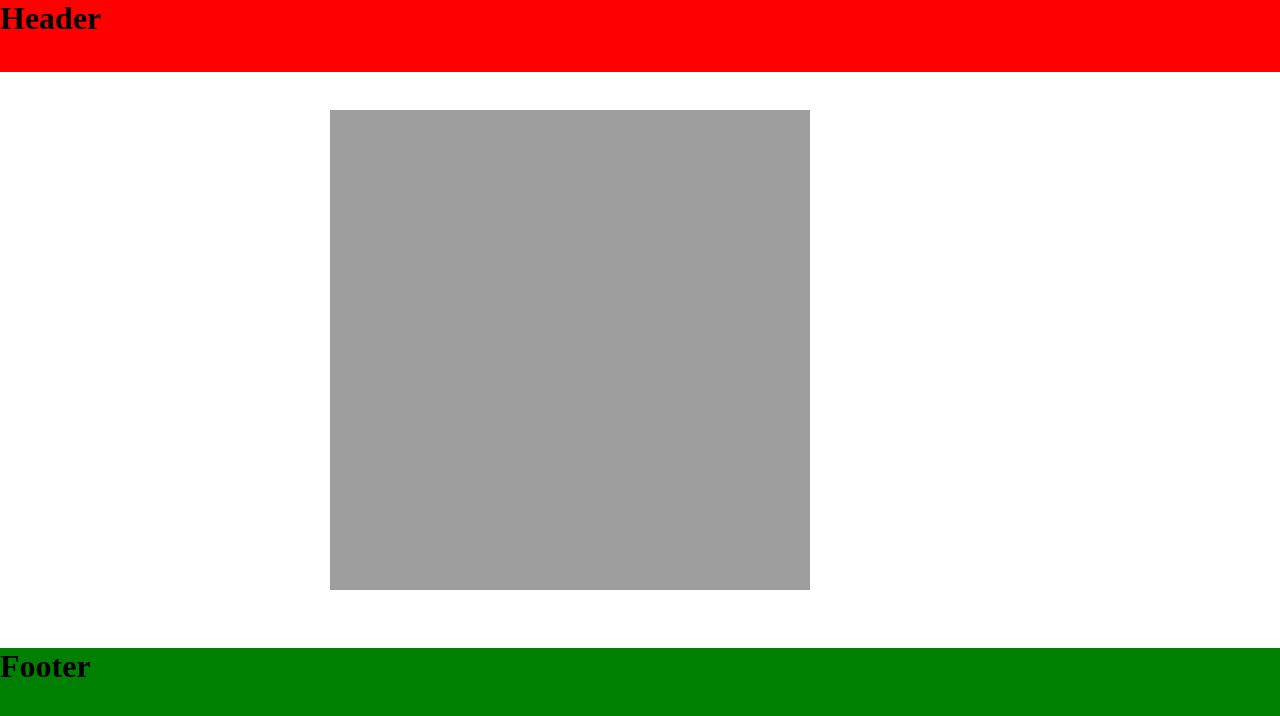
Repository: jameswilky/chess
Page: index.html
An editor plug-in stored every save of this project. The page is shown before and after the next save, followed by the edit.
The browser window is 1280 px wide. The pictures show the whole page.

Above is the page before, as saved 2018-11-22 08:32:54.

### index.html
<!DOCTYPE html>
<html>

<head>
    <meta charset="utf-8" />
    <title>Chess</title>
    <link href="style.css" rel="stylesheet">
</head>

<body>

    <div class="wrapper">
        <header>
            <h1>Header</h1>

        </header>
    </div>
    <div class="main">
        <div class="game">
            <canvas id="board"></canvas>
            <canvas id="markers"></canvas>
            <canvas id="chessmen_layer"></canvas>
        </div>
    </div>
    <footer>
        <h1>Footer</h1>
    </footer>
    </div>





</body>

<script src="board.js"></script>
<script src="chessmen.js"></script>
<script src="mouse.js"></script>
<script src="game.js"></script>

</html>

### style.css
* {
  padding: 0;
  margin: 0;
}

.main{
 position: absolute;
 top: 100px;
 bottom: 100px;
 left: 25%;
 margin: 10px;
}

.game{
  position: absolute;
  height: 480px;
  width: 480px;
}

#board {
  left : 0; z-index:0; position: absolute;
}

#markers {
  left : 0; z-index:0; position: absolute;
}

#chessmen_layer {
 left : 0; z-index:1; position: absolute;
}

header{
  position: absolute;
  background-color: red;
  top:0;
  right: 0;
  left: 0;
  height: 10%;
}

footer{
  position: absolute;
  z-index: 3;
  right: 0;
  left: 0;
  background-color: green;
  height: 10%;
  bottom: 0;
}

### board.js
//Define globals
const WIDTH = 480;
const HEIGHT = 480;
const N = 8;
const TILE_SIZE = HEIGHT / N; // 60

//Define board canvas
const board = document.getElementById("board");
const board_ctx = board.getContext("2d");
board.height = HEIGHT;
board.width = WIDTH;
let primary_color = "#a87e2b";
let secondary_color = "#ffdf9e";

//Define marker layer
const markers = document.getElementById("markers");
const markers_ctx = markers.getContext("2d");
markers.height = HEIGHT;
markers.width = WIDTH;

//Define chessmen layer
const chessmen_layer = document.getElementById("chessmen_layer");
const chessmen_ctx = chessmen_layer.getContext("2d");
chessmen_layer.height = HEIGHT;
chessmen_layer.width = WIDTH;

//Used for drawing
function drawRect(ctx, x, y, color) {
  ctx.beginPath();
  ctx.rect(x, y, TILE_SIZE, TILE_SIZE);
  ctx.fillStyle = color;
  ctx.fill();
  ctx.closePath();
}

function initialize_board() {
  // Initialize graphical and logical board
  let i, j, x, y = 0;
  let prev_color;
  for (i = 0; i < N; i++) {
    y = TILE_SIZE * i;
    if (i % 2 == 0) { //If even, start with a black grid
      prev_color = secondary_color;
    }
    else { //If odd, start with a #ffcf7c grid
      prev_color = primary_color;
    }
    for (j = 0; j < N; j++) {
      x = TILE_SIZE * j;

      if (prev_color == primary_color) { //If last block black, make this block #ffcf7c
        prev_color = secondary_color;
      }
      else if (prev_color == secondary_color) { //If last block #ffcf7c, make this block black
        prev_color = primary_color;
      }
      drawRect(board_ctx, x, y, prev_color);

    }
  }
}

### chessmen.js
let chessmen = []; // Hold living chest piece objects

// Populate list of current chess pieces
function init_chessmen(items) {
  for (let id = 0; id < items.length; id++) {
    chessmen[id] = new Chessman(id, items[id].type, items[id].row, items[id].col, items[id].faction);
    chessmen[id].render(chessmen_ctx);
  }
}

//Chest piece constructor
function Chessman(id, type, row, col, faction) {
  this.name = type + "_" + faction + "_" + id;
  this.id = id;
  this.type = type;
  this.position = {
    logical: { col: col, row: row },
    graphical: { //calculate position of chest piece
      x: (col * TILE_SIZE), y: (row * TILE_SIZE)
    }
  }
  this.faction = faction;
  this.sprite = "/images/" + type + "_" + faction + ".png";
  this.options = []; // holds objects containing possible locations to move
  this.render = function () {
    //Draws the chest piece
    let img = new Image();
    let x = this.position.graphical.x;
    let y = this.position.graphical.y;
    console.log(x, y)

    img.onload = function () {
      //Loads when img.src is called
      chessmen_ctx.beginPath();
      chessmen_ctx.drawImage(img, x, y);
      chessmen_ctx.closePath();
    }
    img.src = this.sprite;
  }
  this.derender = function () {
    chessmen_ctx.beginPath();
    chessmen_ctx.clearRect(this.position.graphical.x, this.position.graphical.y, TILE_SIZE, TILE_SIZE);
    chessmen_ctx.closePath();
  }
  this.calculate_movement_options = function () {
    //This function is used to determine the coordinates of each possible move for a selected tile
    this.options = []; //clear last options
    let j = 0;
    let i = 0; //used to iterate through list of options
    //console.log(type, faction, row, col)
    let r = this.position.logical.row;
    let c = this.position.logical.col;

    let options = this.options;

    function check_tile(row, col, diag, isPawn) {
      //diag is an optional variable for pawn sideways movement logic
      diag = diag || false;
      isPawn = isPawn || false;

      //Checks the status of the board to see if the chessman can move to selected tile

      let option = {}; //edited, used to hold {faction:faction}
      //Check tile does not exceed bounds of the board
      if (row > 7 || row < 0 || col > 7 || col < 0) {
        return false;
      }

      //Check if target tile contains a chessman of same faction
      let isFriendly = false;
      let isEnemy = false;

      chessmen.forEach(chessman => {
        if (chessman.position.logical.row == row && chessman.position.logical.col == col) { //Check if position is occupied
          if (chessman.faction == faction) {
            isFriendly = true;
          }
          else { //tile is occupied by enemy
            isEnemy = true;
          }
          option.contains = chessman;
        }
      })

      //pawn logic
      if (diag && isEnemy) {
        option.row = row;
        option.col = col;
        options[i] = option;
        i++;
      }
      if (diag && !isEnemy) {
        return
      }

      //if tile does not contain friendly chessmen, or if its an enemy create new option
      if (!isFriendly || isEnemy) {
        option.row = row;
        option.col = col;
        options[i] = option;
        i++;
      }
      return isFriendly || isEnemy;

    }

    if (this.type == "pawn") {
      if (this.faction == "black") {
        check_tile(r + 1, c);//south
        check_tile(r + 1, c + 1, true) // south East
        check_tile(r + 1, c - 1, true) //south West
        if (this.nMoves == 0) {
          check_tile(r + 2, c); //Extra move on first turn
        }
      }
      if (this.faction == "white") {
        check_tile(r - 1, c); //north
        check_tile(r - 1, c + 1, true) // North East
        check_tile(r - 1, c - 1, true) //North West
        if (this.nMoves == 0) {
          check_tile(r - 2, c); //Extra move on first turn
        }
      }
    }
    if (this.type == "rook") {
      for (j = 0; j < N; j++) {// South
        if (check_tile(r + j + 1, c) == true) break
      }
      for (j = 0; j < N; j++) {// East
        if (check_tile(r, c + j + 1) == true) break
      }
      for (j = 0; j < N; j++) {// North
        if (check_tile(r - j - 1, c) == true) break
      }
      for (j = 0; j < N; j++) {// West
        if (check_tile(r, c - j - 1) == true) break
      }
    }
    if (this.type == "bishop") {
      for (j = 0; j < N; j++) { // South East
        if (check_tile(r + 1 + j, c + 1 + j) == true) break
      }
      for (j = 0; j < N; j++) { // South West
        if (check_tile(r + 1 + j, c - 1 - j) == true) break
      }
      for (j = 0; j < N; j++) { // North East
        if (check_tile(r - 1 - j, c + 1 + j) == true) break
      }
      for (j = 0; j < N; j++) { // North west
        if (check_tile(r - 1 - j, c - 1 - j) == true) break
      }
    }
    if (this.type == "queen") {
      for (j = 0; j < N; j++) { // South East
        if (check_tile(r + 1 + j, c + 1 + j) == true) break
      }
      for (j = 0; j < N; j++) { // South West
        if (check_tile(r + 1 + j, c - 1 - j) == true) break
      }
      for (j = 0; j < N; j++) { // North East
        if (check_tile(r - 1 - j, c + 1 + j) == true) break
      }
      for (j = 0; j < N; j++) { // North west
        if (check_tile(r - 1 - j, c - 1 - j) == true) break
      }
      for (j = 0; j < N; j++) {// South
        if (check_tile(r + j + 1, c) == true) break
      }
      for (j = 0; j < N; j++) {// East
        if (check_tile(r, c + j + 1) == true) break
      }
      for (j = 0; j < N; j++) {// North
        if (check_tile(r - j - 1, c) == true) break
      }
      for (j = 0; j < N; j++) {// West
        if (check_tile(r, c - j - 1) == true) break
      }
    }
    if (this.type == "king") {
      check_tile(r + 1, c + 1) //South East
      check_tile(r + 1, c - 1) //South West
      check_tile(r - 1, c + 1) // North East
      check_tile(r - 1, c - 1) //North West
      check_tile(r + 1, c) //south
      check_tile(r, c + 1) //east
      check_tile(r - 1, c) //north
      check_tile(r, c - 1) //west

    }
    if (this.type == "knight") {
      // Check each tile in clockwise order
      check_tile(r - 2, c + 1)
      check_tile(r - 1, c + 2)
      check_tile(r + 1, c + 2)
      check_tile(r + 2, c + 1)
      check_tile(r + 2, c - 1)
      check_tile(r + 1, c - 2)
      check_tile(r - 1, c - 2)
      check_tile(r - 2, c - 1)
    }

    //return array of options containing locations to highlight

  }
  this.show_movement_options = function () {
    this.options.forEach(option => {
      //Represent each available movement option with a highlighted tile
      drawRect(markers_ctx, (option.col * TILE_SIZE), (option.row * TILE_SIZE), "#635e55");
    })
  }
  this.hover = false;
  this.isKing = false;
  if (this.type == "king") {
    this.isKing = true;
  }

  this.nMoves = 0;
  this.points;
  if (this.type == "king") {
    this.points = 10;
  }
  if (this.type == "queen") {
    this.points = 9;
  }
  if (this.type == "bishop") {
    this.points = 3;
  }
  if (this.type == "knight") {
    this.points = 3;
  }
  if (this.type == "rook") {
    this.points = 5;
  }
  if (this.type == "pawn") {
    this.points = 1;
  }

  //Update graphical and logical position
  this.moveTo = function (col, row) {


    function moveIsValid(r1, r2, c1, c2, options) {
      let valid = false;

      if ((r1 == r2) && (c1 == c2)) {
        // if logical position is the same, no move was made
        valid = false;
      }
      options.forEach(option => {
        if (option.row == r2 && option.col == c2) {
          //todo check faction
          valid = true;
        }
      })
      return valid
    }

    if (moveIsValid(this.position.logical.row, row, this.position.logical.col, col, this.options)) {
      //If valid, Check if enemy chessman has been killed
      //check if desination contains an enemy
      let target = chessmen.find(chessman => {
        return (chessman.position.logical.row == row && chessman.position.logical.col == col)
      })

      // then render at new position and update logical position
      //console.log("Changed position of", chessman, "from row:", chessman.position.logical.row, " col:", chessman.position.logical.col, " to row:", row, "col:", col)

      this.derender(); //De render previous position
      this.position.logical.col = col;
      this.position.logical.row = row;
      this.position.graphical.x = this.position.logical.col * TILE_SIZE;
      this.position.graphical.y = this.position.logical.row * TILE_SIZE;
      this.derender(); //remove any chess pieces
      this.render();

      //If destination contains emeny, remove it from list of active chessmen
      if (target) {
        chessmen.splice(chessmen.indexOf(target), 1);
      }

      this.nMoves++; //used to testing if pawn is moved
      // // trigger movement event
      let event = new CustomEvent('moved');
      document.dispatchEvent(event);
    }
    else {
      //re-render original position
      this.render();
    }
  }
}

// Update location of chest pieces
function render_markers() {
  //Clear all markers
  markers_ctx.clearRect(0, 0, HEIGHT, WIDTH);

  //find chessman that matches mouse location and show movement markers
  chessmen.forEach(chessman => {
    if (chessman.hover == true) {
      chessman.show_movement_options();
    }
  });


}

### mouse.js
let dragging = false;
let selector = document.createElement("img");
;

selector.ondragstart = function () {
  return false;
};

//Compare two row/col coordinates
function coordsMatch(coord, piece) {
  let xmin = piece.x;
  let xmax = piece.x + TILE_SIZE;

  let ymin = piece.y;
  let ymax = piece.y + TILE_SIZE;

  if (
    (coord.x >= xmin) &&
    (coord.x < xmax) &&
    (coord.y >= ymin) &&
    (coord.y < ymax)
  ) {
    return true
  }
}

//Listen for when we hover over a chest piece, then draw the movement options
chessmen_layer.addEventListener('mousemove', (e) => {
  if (dragging == false) {
    let pos = {
      x: e.clientX,
      y: e.clientY
    };
    //Check all chessmen and check if clicked location matches a chessman location
    chessmen.forEach(chessman => {
      if (coordsMatch(pos, chessman.position.graphical)) {
        //If true, select that chessman
        chessman.hover = true;
      }
      else {
        //Otherwise, that chessman was not selected
        chessman.hover = false;
      }
    })
    render_markers();
  }
})

//Click and drag chessmen
chessmen_layer.addEventListener('mousedown', (e) => {

  dragging = true; //stop markers rendering while dragging pieces
  let pos = {
    x: e.clientX,
    y: e.clientY
  }
  //Check all chessmen and check if clicked location matches a chessman location
  chessmen.forEach(chessman => {
    if (coordsMatch(pos, chessman.position.graphical)) {
      if (chessman.faction == "black") {
        dragging = false;
        return
      }
      //If true, derender chessman from chessman_layer, and redraw on selector layer
      chessman.derender();

      //draw selector
      selector.style.position = 'absolute';
      selector.src = chessman.sprite;
      selector.id = 'selector';
      document.body.append(selector);

      //center selector at mouse locaiton
      moveAt(pos.x, pos.y);

      function moveAt(x, y) {
        selector.style.left = x - TILE_SIZE / 2 + 'px';
        selector.style.top = y - TILE_SIZE / 2 + 'px';
      }

      function onMouseMove(moveEvent) {
        moveAt(moveEvent.clientX, moveEvent.clientY);
      }

      // selector will follow mouse on movement
      document.addEventListener('mousemove', onMouseMove);


      // drop the selector, remove unneeded handlers
      chessmen_layer.onmouseup = function (upevent) {
        document.removeEventListener('mousemove', onMouseMove);

        //clear selector
        selector.src = ""
        // console.log("before", document.getElementById('selector'))
        // document.body.removeChild(document.getElementById('selector'))
        // console.log("after", document.getElementById('selector'))

        //convert mouse pos to a row/col logical value
        let dest = {
          x: Math.trunc(upevent.clientX / TILE_SIZE),
          y: Math.trunc(upevent.clientY / TILE_SIZE)
        }

        //console.log("Event 1")
        dragging = false; // allow marker rendering to continue
        chessmen_layer.onmouseup = null;
        //Update chessman logical location and snap to grid
        chessman.moveTo(dest.x, dest.y)
      };
    }
  })
})

### game.js
//Initialize default locations
let default_locations = [
  { tile: 0, type: "rook", row: 0, col: 0, faction: "black" },
  { tile: 1, type: "knight", row: 0, col: 1, faction: "black" },
  { tile: 2, type: "bishop", row: 0, col: 2, faction: "black" },
  { tile: 3, type: "king", row: 0, col: 3, faction: "black" },
  { tile: 4, type: "queen", row: 0, col: 4, faction: "black" },
  { tile: 5, type: "bishop", row: 0, col: 5, faction: "black" },
  { tile: 6, type: "knight", row: 0, col: 6, faction: "black" },
  { tile: 7, type: "rook", row: 0, col: 7, faction: "black" },
  { tile: 8, type: "pawn", row: 1, col: 0, faction: "black" },
  { tile: 9, type: "pawn", row: 1, col: 1, faction: "black" },
  { tile: 10, type: "pawn", row: 1, col: 2, faction: "black" },
  { tile: 11, type: "pawn", row: 1, col: 3, faction: "black" },
  { tile: 12, type: "pawn", row: 1, col: 4, faction: "black" },
  { tile: 13, type: "pawn", row: 1, col: 5, faction: "black" },
  { tile: 14, type: "pawn", row: 1, col: 6, faction: "black" },
  { tile: 15, type: "pawn", row: 1, col: 7, faction: "black" },

  { tile: 48, type: "pawn", row: 6, col: 0, faction: "white" },
  { tile: 49, type: "pawn", row: 6, col: 1, faction: "white" },
  { tile: 50, type: "pawn", row: 6, col: 2, faction: "white" },
  { tile: 51, type: "pawn", row: 6, col: 3, faction: "white" },
  { tile: 52, type: "pawn", row: 6, col: 4, faction: "white" },
  { tile: 53, type: "pawn", row: 6, col: 5, faction: "white" },
  { tile: 54, type: "pawn", row: 6, col: 6, faction: "white" },
  { tile: 55, type: "pawn", row: 6, col: 7, faction: "white" },
  { tile: 56, type: "rook", row: 7, col: 0, faction: "white" },
  { tile: 57, type: "knight", row: 7, col: 1, faction: "white" },
  { tile: 58, type: "bishop", row: 7, col: 2, faction: "white" },
  { tile: 59, type: "king", row: 7, col: 3, faction: "white" },
  { tile: 60, type: "queen", row: 7, col: 4, faction: "white" },
  { tile: 61, type: "bishop", row: 7, col: 5, faction: "white" },
  { tile: 62, type: "knight", row: 7, col: 6, faction: "white" },
  { tile: 63, type: "rook", row: 7, col: 7, faction: "white" },

]

let turn = 0;
let IsWhiteTurn = false;
let IsBlackTurn = false;
let game = true;
let AIOptions = [];


function set_turn() {
  if (turn % 2 == 0) {
    IsWhiteTurn = true;
    IsBlackTurn = false;
    //console.log("White players turn")
  }
  else {
    IsBlackTurn = true;
    IsWhiteTurn = false;
    //console.log("Black players turn")
  }
  turn += 1;
}

function determineAIOptions() {
  let AIOptions = [];
  let i = 0;
  chessmen.forEach(chessman => {
    if (chessman.faction == 'black') {
      chessman.options.forEach(option => {
        let AIOption = {}; //dereference object
        AIOption.row = option.row;
        AIOption.col = option.col;
        if (option.contains) {
          AIOption.points = option.contains.points;
        }
        AIOption.chessman = chessman;
        AIOptions[i] = AIOption;
        i++;
      })
    }
  })
  return AIOptions;

}

function AIMove(options) {
  let max = 0;
  let choice = {};
  options.forEach(option => {
    if (option.points) {
      if (option.points > max) {
        max = option.points;
        choice = option;
      }
    }
  })
  if (max == 0) {
    choice = options[Math.floor(Math.random() * options.length)];  //Return a random choice
  }
  choice.chessman.moveTo(choice.col, choice.row)
  //calculate AI
}


//Set up board
initialize_board();
init_chessmen(default_locations);
chessmen.forEach(chessman => {
  chessman.calculate_movement_options();
})
set_turn();
function checkKing() {
  let kings = chessmen.filter(chessman => chessman.isKing == true)
  if (kings.length == 1) {
    alert(kings[0].faction + " Wins!!!")
  }
}

// Listen for movement
document.addEventListener('moved', function (event) {
  //check if king died last turn;
  checkKing();
  set_turn();
  //Calculate new movement positiifons
  chessmen.forEach(chessman => {
    chessman.calculate_movement_options();
  })

  if (IsBlackTurn) {
    //Run black turn AI
    chessmen.forEach(chessman => {
      chessman.calculate_movement_options(); //assign new options
    })
    AIOptions = determineAIOptions();
    AIMove(AIOptions);
  }
}, false);

After the next save:
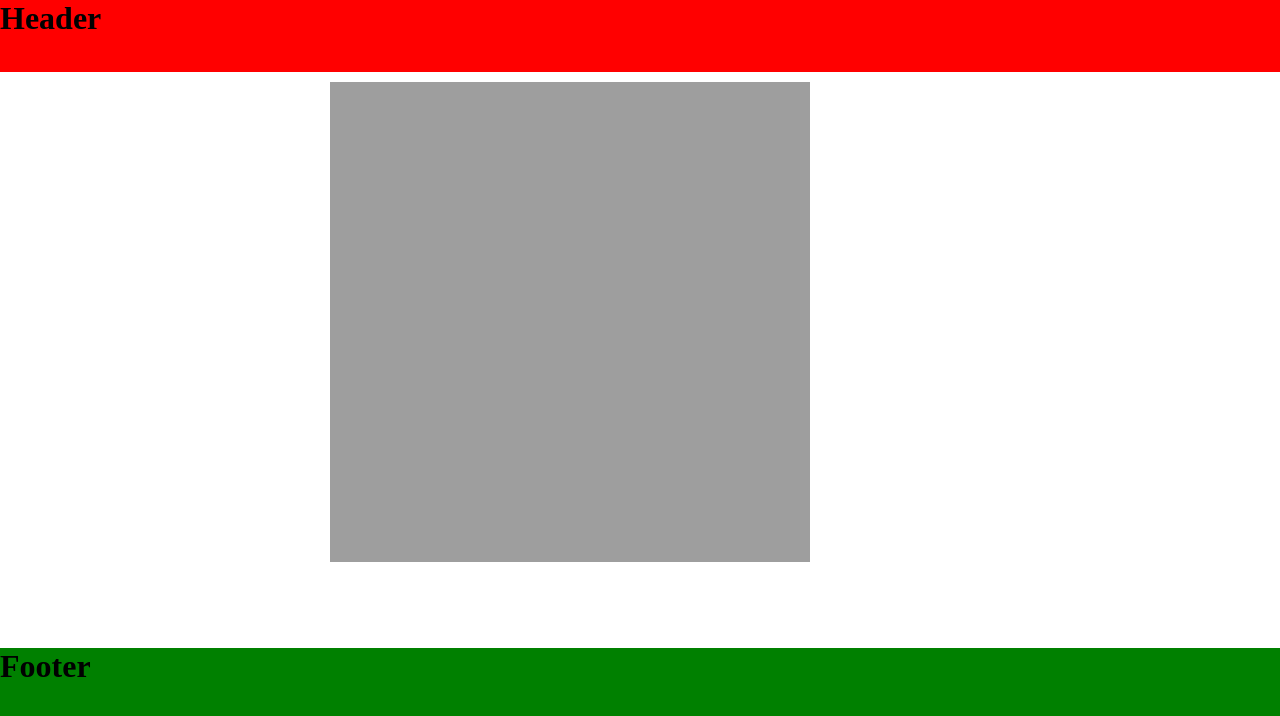
Saved 16 s later.
--- a/style.css
+++ b/style.css
@@ -5,7 +5,7 @@
 
 .main{
  position: absolute;
- top: 100px;
+ top: 10%;
  bottom: 100px;
  left: 25%;
  margin: 10px;
